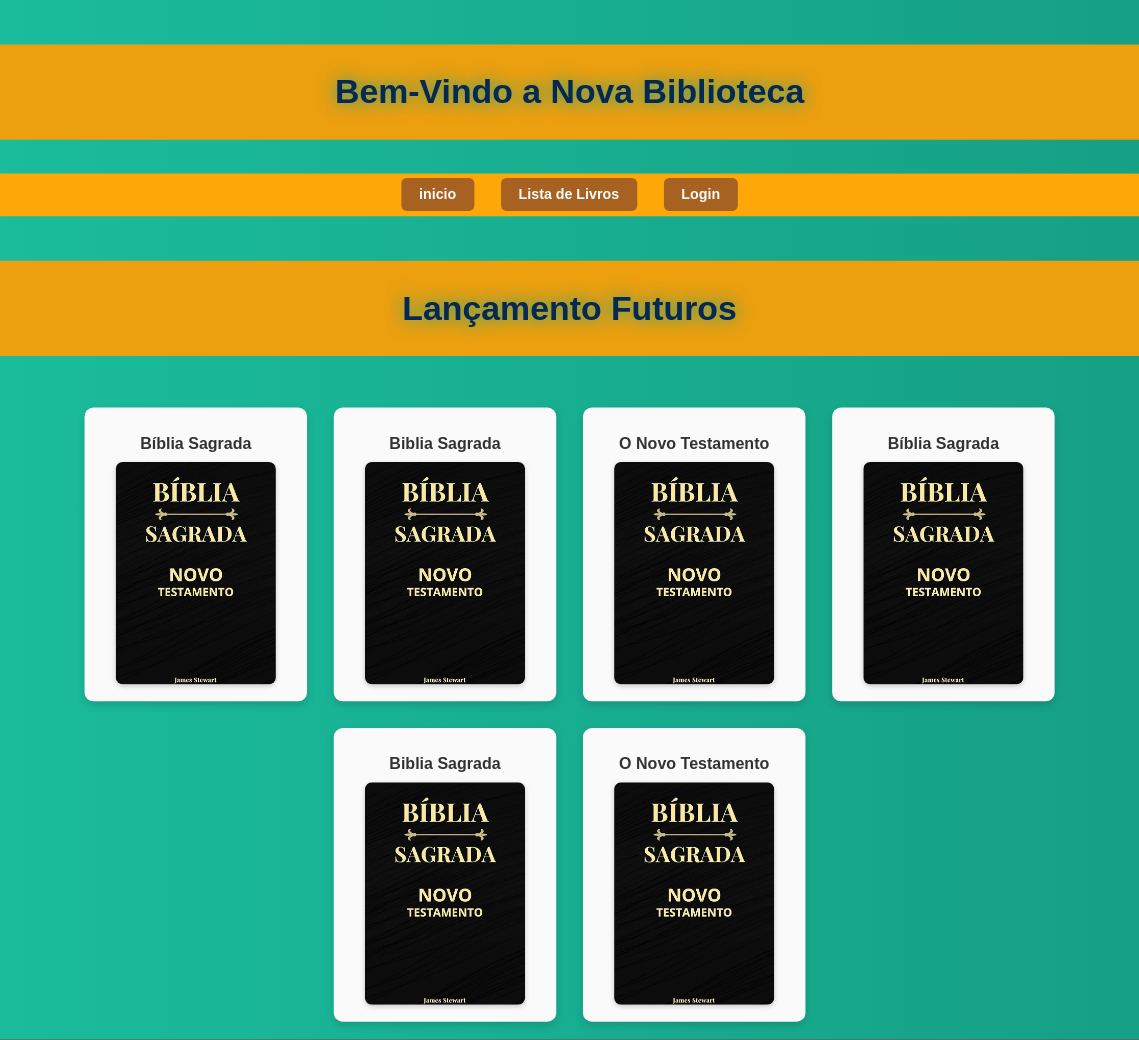
Repository: cleytonds/Biblioteca
Page: templates/Biblioteca_usuario.HTML
The author's editor kept a copy of each file at every save. The page is drawn from the files as they stood at one save, then again after the next save.
The browser window is 1280 px wide. The pictures show the whole page, at 89% of full size.

Above is the page before, as saved 2025-11-17 11:53:17.

After the next save:
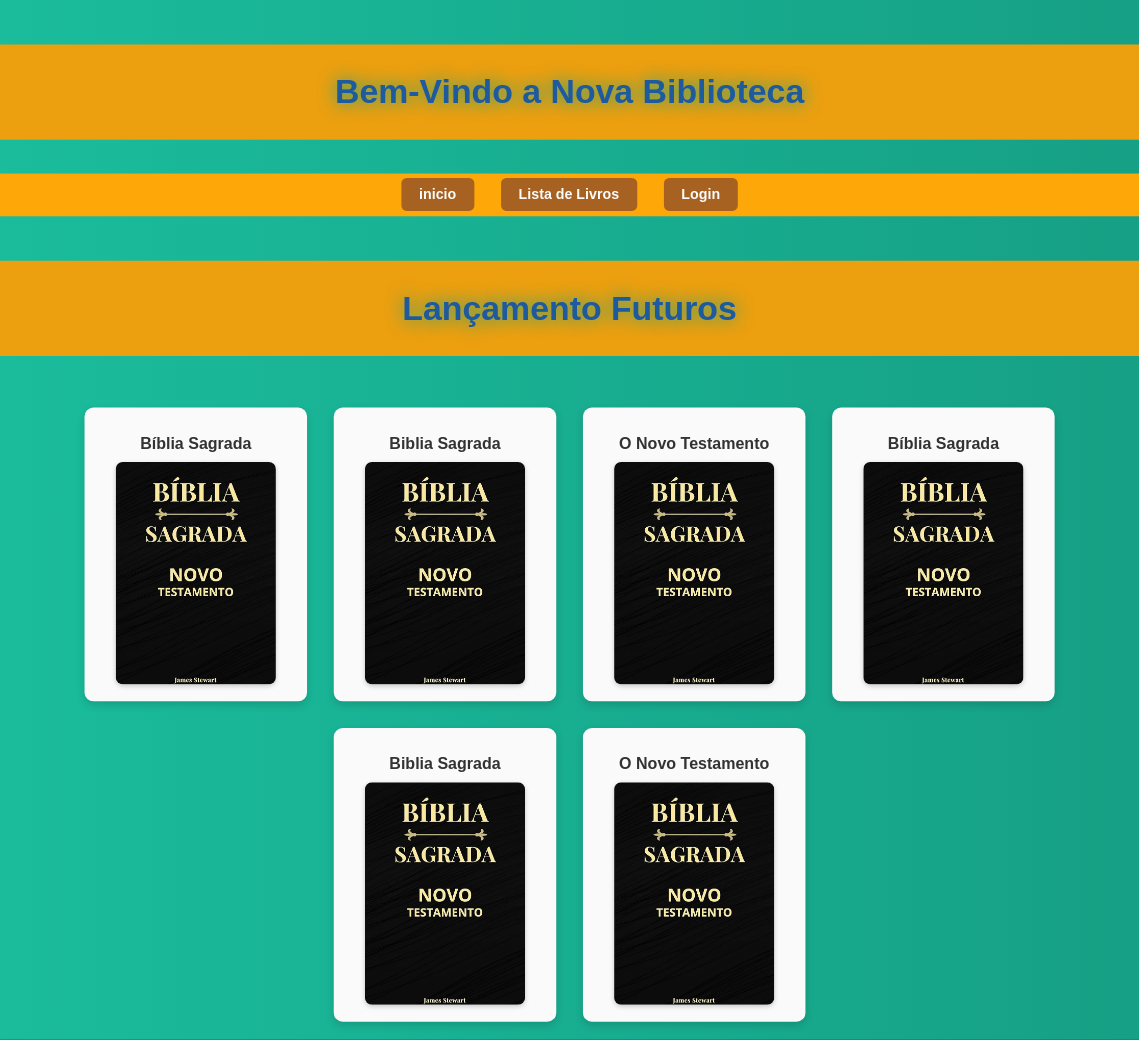
Saved 47 s later.
--- a/Static/indexStyle.css
+++ b/Static/indexStyle.css
@@ -27,7 +27,7 @@ h1{
 h1{
     font-family:'Poppins',sans-serif;
     font-size: 38px;
-    color: #052952;
+    color: #1e5a9e;
     text-align: center;
     margin-top: 50px;
     animation: brilho 2s infinite alternate;
